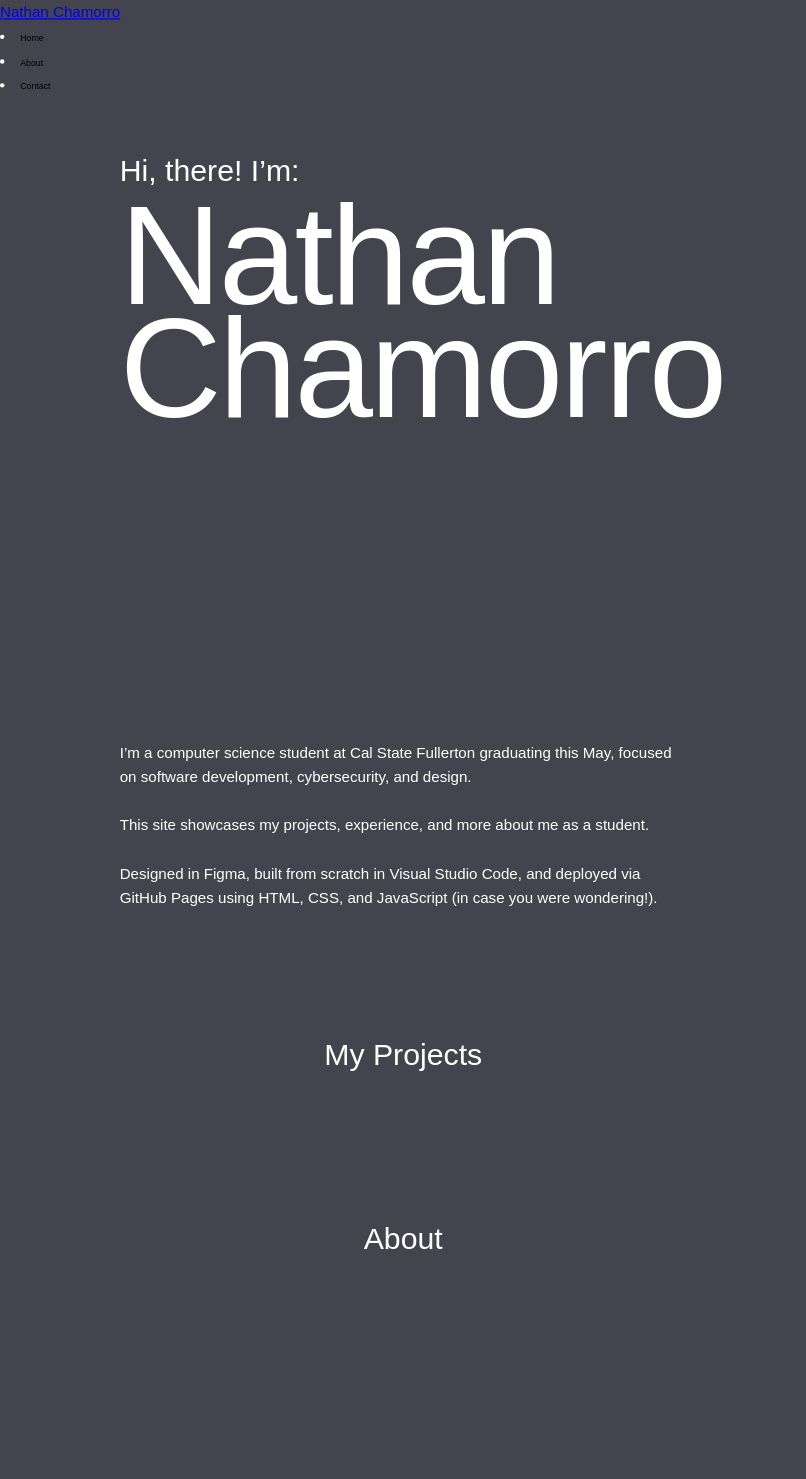
Repository: nathanchamorro1/nathanchamorro1.github.io
Page: index.html
These files come from the project's save history. The page is drawn as it stood at one moment and after the next save; the edit follows.
The browser window is 1280 px wide. The pictures show the whole page, at 63% of full size.
Some web fonts or font styles are not loaded; a fallback is used.

Above is the page before, as saved 2026-02-17 17:01:38.

### index.html
<!DOCTYPE html>
<html lang="en">

<head>
<meta charset="UTF-8">
<meta name="viewport" content = "width=device-width,initial-scale=1">
<title>Nathan Chamorro's Portfolio</title>
<link rel = "icon" type = "image/x-icon" href = "/assets/snoopy-favicon.ico">
<link rel="stylesheet" href="https://use.typekit.net/lhh1weh.css">
<link rel="stylesheet" href="css/style.css">
</head>

<div class="layout">
  <nav class="sidebar">
    <a href="#home" class="nav-logo">Nathan Chamorro</a>
      <li><a href="#home" class="nav-link">Home</a></li>
            <li><a href="#about" class="nav-link">About</a></li>
      <li><a href="#contact" class="nav-link">Contact</a></li>
      </nav>

  <main class="content">
    <div class="content-wrapper">
  <section class="hero">
    <h2 class="reveal">Hi, there! I’m:</h2>
    <h1 class="reveal">Nathan Chamorro</h1>
  </section>
      <p class="reveal">
        <br>I’m a computer science student at Cal State Fullerton graduating this May, focused on software development, cybersecurity, and design. <br>
        <br>This site showcases my projects, experience, and more about me as a student.<br>
        <br>Designed in Figma, built from scratch in Visual Studio Code, and deployed via GitHub Pages using HTML, CSS, and JavaScript (in case you were wondering!). <br>
      </p>
    </section>

        <section id="projects" class="content-wrapper">
      <h3 class="reveal">My Projects</h3>
    </section>

    <section id="about" class="content-wrapper">
      <h3 class="reveal">About</h3>
    </section>

    <section id="contact" class="content-wrapper">
      <h3 class="reveal">Contact</h3>
    </section>
  </main>
</div>
<script src = "js/script.js"></script>

### css/style.css
body {
  background-color: #44444E;
  color: white;
  margin: 0;
  font-family: museo-sans, sans-serif;
  font-weight: 300;
  font-style: normal;
  font-variation-settings: "slnt" 0, "wght" 400;
  line-height: 1.6;
  font-size: 1.5rem;
}

.content-wrapper {
  max-width: 900px;
  margin: 0 auto;
  padding: 0 40px;
  padding-top: 80px;
  display: flex;
  flex-direction: column;
  gap: 40px;
}

.hero {
    min-height: calc(100vh - 80px);
    display: flex;
    align-items: flex-start;
    flex-direction: column;
    justify-content: flex-start;
    padding-top: 0px;
    padding-bottom: 200px;
    text-align: left;
}

h1 {
    color: white;
    font-family: "instrument-serif", sans-serif;
    font-size: 14rem;
    font-weight: 400;
    font-variation-settings: "wght" 400;
    line-height: 0.8;
    margin: 0;
    letter-spacing: -0.02em;
}

h2 {
    color: white;
    font-family: "instrument-serif", sans-serif;
    font-weight: 400;
    font-variation-settings: "wght" 400;
    font-size: 3rem;
    opacity: 0.8;
    margin-bottom: 5px;
    margin-top: 0;
}

h3 {
    color: white;
    font-family: "instrument-serif", sans-serif;
    font-weight: 400;
    font-variation-settings: "wght" 400;
    font-size: 3rem;
    opacity: 0.8;
}

.reveal {
    opacity: 0;
    transform: translateY(20px);
    transition: opacity 0.7s ease, transform 0.7s ease;
}

.reveal-visible {
    opacity: 1;
    transform: translateY(0);
}

.navbar {
    position: fixed;
    top: 0;
    width: 100%;
    background: white;
    box-shadow: 0 2px 10px rgba(0,0,0,0.05);
    z-index: 1000;
}

.nav-container {
    max-width: 1000px;
    margin: 0 auto;
    display: flex;
    justify-content: space-between;
    align-items: left;
    padding: 15px 20px
}

.nav-menu {
    list-style: none;
    display: flex;
    gap: 25px;
    margin: 0;
    padding: 0;
}

.nav-link {
    text-decoration: none;
    color: black;
    font-size: 14px;
    position: relative;
}

.nav-link:hover {
    opacity: 0.6;
}

### js/script.js
const reveals = document.querySelectorAll(".reveal");

function revealOnScroll() {
  const windowHeight = window.innerHeight;

  reveals.forEach(el => {
    const elementTop = el.getBoundingClientRect().top;

    if (elementTop < windowHeight - 200) {
      el.classList.add("reveal-visible");
    }
  });
}

window.addEventListener("scroll", revealOnScroll);
revealOnScroll();

After the next save:
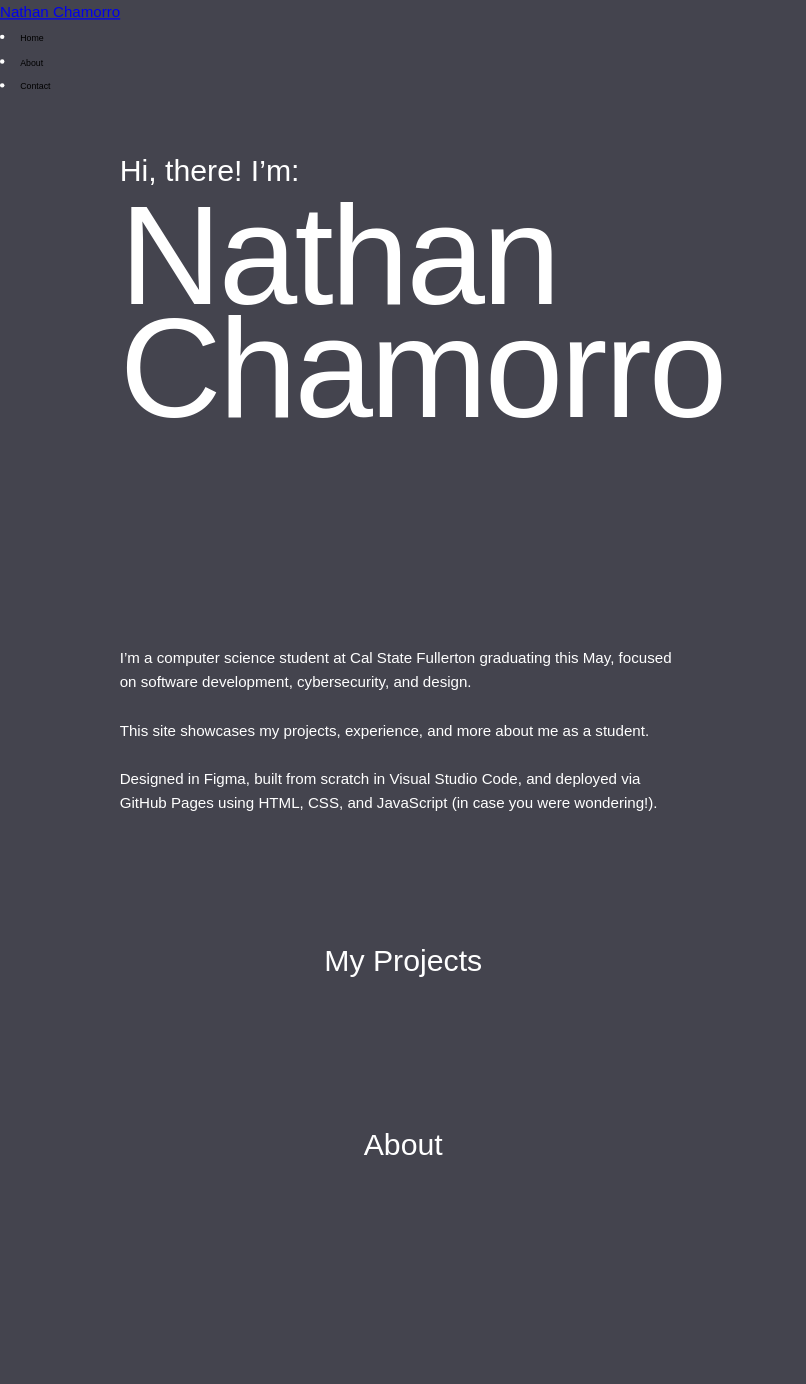
Saved 18 s later.
--- a/css/style.css
+++ b/css/style.css
@@ -27,7 +27,7 @@ body {
     flex-direction: column;
     justify-content: flex-start;
     padding-top: 0px;
-    padding-bottom: 200px;
+    margin-bottom: 50px;
     text-align: left;
 }
 
